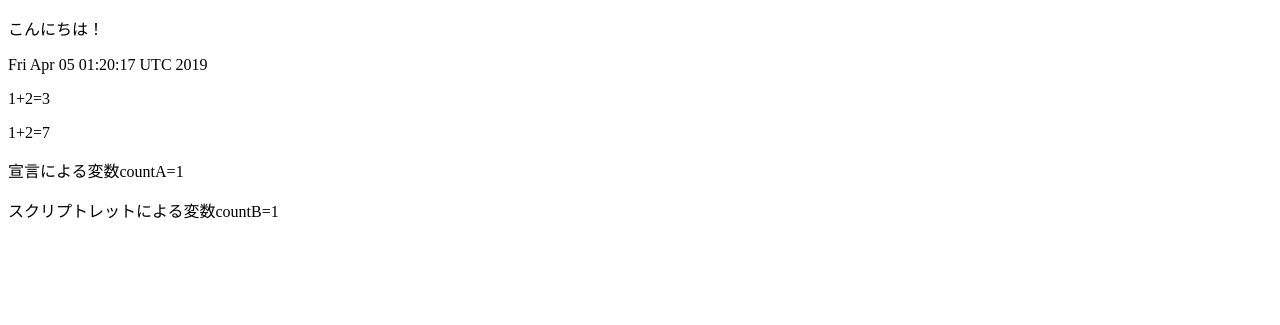
Repository: risalarson/test
Page: http://localhost/HelloJSP/
The author's editor kept a copy of each file at every save. The page is drawn from the files as they stood at one save, then again after the next save.
The browser window is 1280 px wide. The pictures show the whole page.
The page is served by Tomcat 9.

Above is the page before, as saved 2019-04-05 01:39:53.

### HelloJSP/WebContent/index.jsp
<%@ page language="java" contentType="text/html; charset=UTF-8"
    pageEncoding="UTF-8"%>
<!DOCTYPE html PUBLIC "-//W3C//DTD HTML 4.01 Transitional//EN" "http://www.w3.org/TR/html4/loose.dtd">
<html>
<head>
<meta charset="UTF-8">
<title>TEST</title>
</head>
<body>
<p>こんにちは！</p>
<% out.println(new java.util.Date()); %>
<%!
static int add(int a,int b){
	return a+b;
}
%>
<p>1+2=<%=add(1,2) %></p>
<p>1+2=<%=add(3,4) %></p>
<%! static int countA=0; %>
<%
int countB=0;
countA++;
countB++;
%>
<p>宣言による変数countA=<%=countA %></p>
<p>スクリプトレットによる変数countB=<%=countB %></p>
</body>
</html>

After the next save:
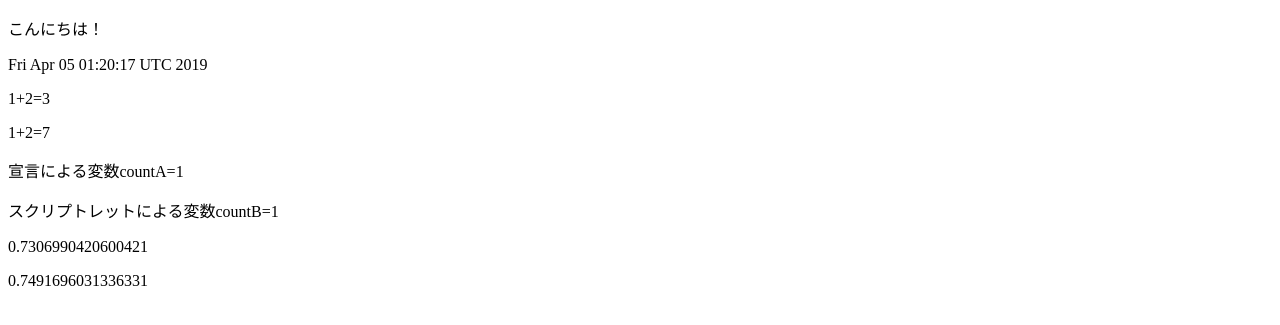
Saved 97 s later.
--- a/HelloJSP/WebContent/index.jsp
+++ b/HelloJSP/WebContent/index.jsp
@@ -24,5 +24,7 @@ countB++;
 %>
 <p>宣言による変数countA=<%=countA %></p>
 <p>スクリプトレットによる変数countB=<%=countB %></p>
+<p><%out.println(Math.random()); %></p>
+<p><%=Math.random() %></p>
 </body>
 </html>
